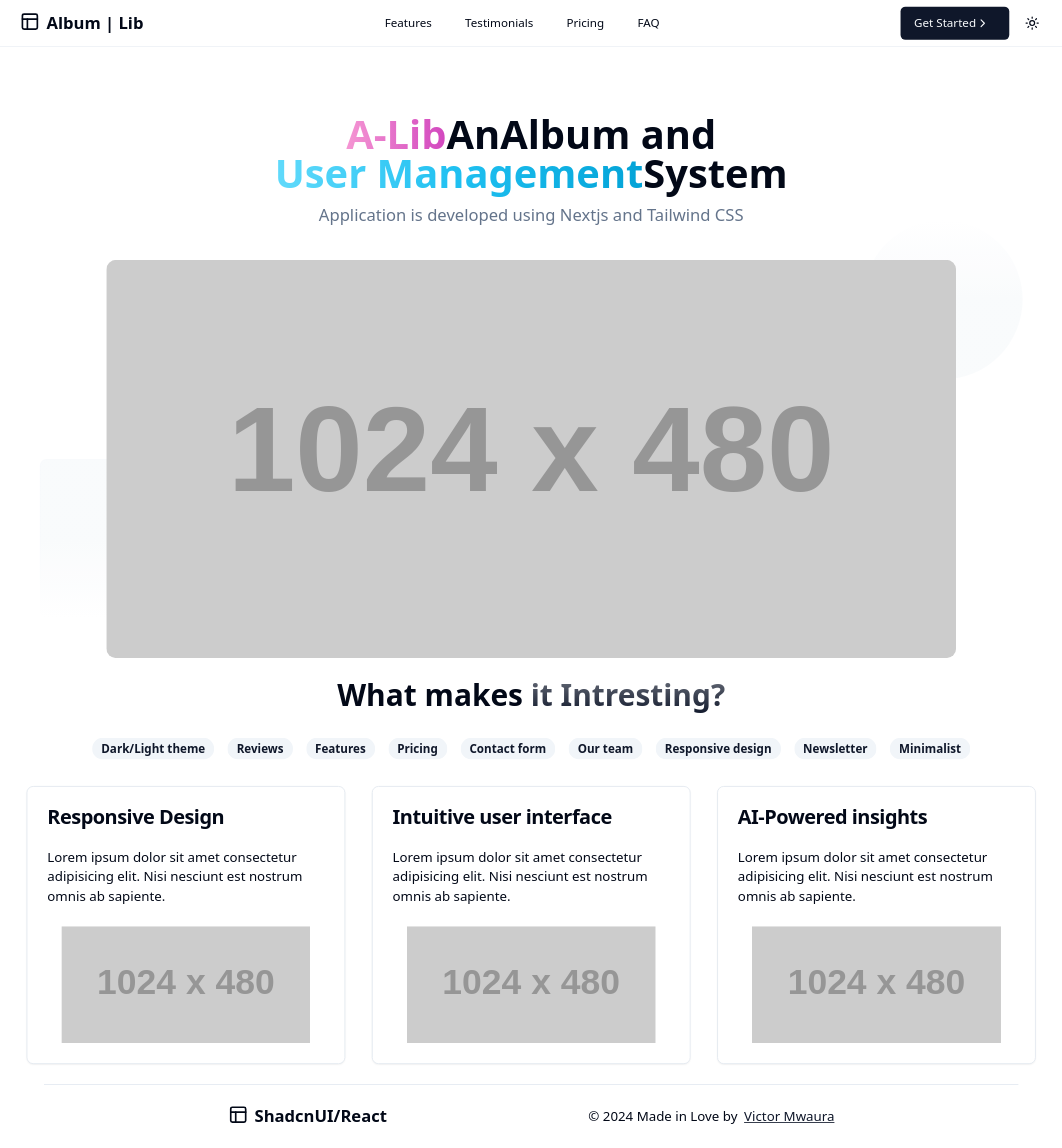
Repository: DevLaukey/savannah-informatics-test
Page: /
These files come from the project's save history. The page is drawn as it stood at one moment and after the next save; the edit follows.
The browser window is 1280 px wide. The pictures show the whole page, at 83% of full size.
The project was rebuilt for these pictures with package versions that can differ from the ones it lists, and the page was loaded fresh each time. The framework's server and built-in components were replaced by stand-ins that run in the browser. Also part of the build but not shown: next.config.mjs.

Above is the page before, as saved 2024-06-04 22:36:33.

### app/layout.jsx
import "./globals.css";
import { Inter as FontSans } from "next/font/google";

import { cn } from "@/lib/utils";
import { ThemeProvider } from "@/lib/theme-provider";

const fontSans = FontSans({
  subsets: ["latin"],
  variable: "--font-sans",
});

export default function RootLayout({ children }) {
  return (
    <html lang="en" suppressHydrationWarning>
      <head />
      <body
        className={cn(
          "min-h-screen bg-background font-sans antialiased",
          fontSans.variable
        )}
      >
        <ThemeProvider
          attribute="class"
          defaultTheme="system"
          enableSystem
          disableTransitionOnChange
        >
          {children}
        </ThemeProvider>
      </body>
    </html>
  );
}

### app/page.jsx
import Footer from "@/components/Footer";
import About from "@/components/landing-page/About";
import Hero from "@/components/landing-page/Hero";
import Navbar from "@/components/Navbar";
import ScrollToTop from "@/components/ScrollToTop";


// this is the landing page
export default function Home() {
  return (
    <>
      <Navbar />
      <Hero />
      <About />
      <Footer />
      <ScrollToTop />
    </>
  );
}

### components/Footer.jsx
import { LogoIcon } from "./Icons";

export const Footer = () => {
  return (
    <footer id="footer">
      <hr className="w-11/12 mx-auto" />

      <section className="container flex py-6 text-center items-center justify-evenly">
        <div className="col-span-full xl:col-span-2">
          <a
            rel="noreferrer noopener"
            href="/"
            className="font-bold text-xl flex"
          >
            <LogoIcon />
            ShadcnUI/React
          </a>
        </div>
        <h3>
          &copy; {new Date().getFullYear()} Made in Love by
          <a
            rel="noreferrer noopener"
            target="_blank"
            href="https://github.com/DevLaukey"
            className="text-primary ml-2 underline transition-all border-primary hover:border-b-2"
          >
            Victor Mwaura
          </a>
        </h3>
      </section>
    </footer>
  );
};

export default Footer;

### components/landing-page/About.jsx
import { Badge } from "@/components/ui/badge";
import {
  Card,
  CardContent,
  CardFooter,
  CardHeader,
  CardTitle,
} from "@/components/ui/card";

const features = [
  {
    title: "Responsive Design",
    description:
      "Lorem ipsum dolor sit amet consectetur adipisicing elit. Nisi nesciunt est nostrum omnis ab sapiente.",
    image: "https://placehold.co/1024x480",
  },
  {
    title: "Intuitive user interface",
    description:
      "Lorem ipsum dolor sit amet consectetur adipisicing elit. Nisi nesciunt est nostrum omnis ab sapiente.",
    image: "https://placehold.co/1024x480",
  },
  {
    title: "AI-Powered insights",
    description:
      "Lorem ipsum dolor sit amet consectetur adipisicing elit. Nisi nesciunt est nostrum omnis ab sapiente.",
    image: "https://placehold.co/1024x480",
  },
];

const featureList = [
  "Dark/Light theme",
  "Reviews",
  "Features",
  "Pricing",
  "Contact form",
  "Our team",
  "Responsive design",
  "Newsletter",
  "Minimalist",
];

export const About = () => {
  return (
    <section id="features" className="container py-4 sm:py-6 space-y-8">
      <h2 className="text-3xl lg:text-4xl font-bold md:text-center">

        What makes {""}
        <span className="bg-gradient-to-b from-primary/60 to-primary text-transparent bg-clip-text">
          it Intresting?
        </span>
      </h2>

      <div className="flex flex-wrap md:justify-center gap-4">
        {featureList.map((feature) => (
          <div key={feature}>
            <Badge variant="secondary" className="text-sm">
              {feature}
            </Badge>
          </div>
        ))}
      </div>

      <div className="grid md:grid-cols-2 lg:grid-cols-3 gap-8">
        {features.map(({ title, description, image }) => (
          <Card key={title}>
            <CardHeader>
              <CardTitle>{title}</CardTitle>
            </CardHeader>

            <CardContent>{description}</CardContent>

            <CardFooter>
              <img
                src={image}
                alt="About feature"
                className="w-[200px] lg:w-[300px] mx-auto"
              />
            </CardFooter>
          </Card>
        ))}
      </div>
    </section>
  );
};

export default About;

### components/landing-page/Hero.jsx
const Hero = () => {
  return (
    <>
      {/* Hero */}
      <div className="relative overflow-hidden pt-14 lg:pt-20">
        <div className="container">
          <div className="max-w-2xl text-center mx-auto">
            <main className="text-3xl md:text-5xl font-bold">
              <h1 className="inline-block">
                <span className="inline bg-gradient-to-r from-[#F596D3] to-[#D247BF] text-transparent bg-clip-text">
                  A-Lib
                </span>
                An
              </h1>
              Album and
              <h2 className="inline-block">
                <span className="inline bg-gradient-to-r from-[#61DAFB] via-[#1fc0f1] to-[#03a3d7] text-transparent bg-clip-text">
                  User Management
                </span>
                System
              </h2>
            </main>

            <p className="mt-3 text-xl text-muted-foreground">
              Application is developed using Nextjs and Tailwind CSS
            </p>
          </div>
          <div className="mt-10 relative max-w-5xl mx-auto">
            <img
              src="https://placehold.co/1024x480"
              className="rounded-xl"
              alt="Image Description"
            />
            <div className="absolute bottom-12 -start-20 -z-[1] w-48 h-48 bg-gradient-to-b from-primary-foreground via-primary-foreground to-background p-px rounded-lg">
              <div className="w-48 h-48 rounded-lg bg-background/10" />
            </div>
            <div className="absolute -top-12 -end-20 -z-[1] w-48 h-48 bg-gradient-to-t from-primary-foreground via-primary-foreground to-background p-px rounded-full">
              <div className="w-48 h-48 rounded-full bg-background/10" />
            </div>
          </div>
        </div>
      </div>
      {/* End Hero */}
    </>
  );
};

export default Hero;

### components/Navbar.jsx
"use client";
import React, { useState } from "react";
import {
  NavigationMenu,
  NavigationMenuItem,
  NavigationMenuList,
} from "@/components/ui/navigation-menu";
import {
  Sheet,
  SheetContent,
  SheetHeader,
  SheetTitle,
  SheetTrigger,
} from "@/components/ui/sheet";
import { Button, buttonVariants } from "./ui/button";
import { ChevronRight, Menu } from "lucide-react";
import ModeToggle from "./mode-toggle";
import { LogoIcon } from "./Icons";

const routeList = [
  {
    href: "#features",
    label: "Features",
  },
  {
    href: "#testimonials",
    label: "Testimonials",
  },
  {
    href: "#pricing",
    label: "Pricing",
  },
  {
    href: "#faq",
    label: "FAQ",
  },
];

const Navbar = () => {
  const [isOpen, setIsOpen] = useState(false);
  return (
    <header className="sticky border-b-[1px] top-0 z-40 w-full bg-white dark:border-b-slate-700 dark:bg-background">
      <NavigationMenu className="mx-auto">
        <NavigationMenuList className="container h-14 px-4 w-screen flex justify-between">
          <NavigationMenuItem className="font-bold flex">
            <a
              rel="noreferrer noopener"
              href="/"
              className="ml-2 font-bold text-xl flex"
            >
              <LogoIcon />
              Album | Lib
            </a>
          </NavigationMenuItem>

          {/* mobile */}
          <span className="flex md:hidden">
            <ModeToggle />

            <Sheet open={isOpen} onOpenChange={setIsOpen}>
              <SheetTrigger className="px-2">
                <Menu
                  className="flex md:hidden h-5 w-5"
                  onClick={() => setIsOpen(true)}
                >
                  <span className="sr-only">Menu Icon</span>
                </Menu>
              </SheetTrigger>

              <SheetContent side={"left"}>
                <SheetHeader>
                  <SheetTitle className="font-bold text-xl">
                    Shadcn/React
                  </SheetTitle>
                </SheetHeader>
                <nav className="flex flex-col justify-center items-center gap-2 mt-4">
                  {routeList.map(({ href, label }) => (
                    <a
                      rel="noreferrer noopener"
                      key={label}
                      href={href}
                      onClick={() => setIsOpen(false)}
                      className={buttonVariants({ variant: "ghost" })}
                    >
                      {label}
                    </a>
                  ))}
                  <Button>
                    Get Started
                    <ChevronRight className="mr-2 h-4 w-4" />
                  </Button>
                </nav>
              </SheetContent>
            </Sheet>
          </span>

          {/* desktop */}
          <nav className="hidden md:flex gap-2">
            {routeList.map((route, i) => (
              <a
                rel="noreferrer noopener"
                href={route.href}
                key={i}
                className={`text-[17px] ${buttonVariants({
                  variant: "ghost",
                })}`}
              >
                {route.label}
              </a>
            ))}
          </nav>

          <div className="hidden md:flex gap-2">
            <Button>
              Get Started
              <ChevronRight className="mr-2 h-4 w-4" />
            </Button>
            <ModeToggle />
          </div>
        </NavigationMenuList>
      </NavigationMenu>
    </header>
  );
};
export default Navbar;

### components/ScrollToTop.jsx
"use client";
import { useState, useEffect } from "react";
import { Button } from "./ui/button";
import { ArrowUpToLine } from "lucide-react";

const ScrollToTop = () => {
  const [showTopBtn, setShowTopBtn] = useState(false);

  useEffect(() => {
    const handleScroll = () => {
      if (window.scrollY > 400) {
        setShowTopBtn(true);
      } else {
        setShowTopBtn(false);
      }
    };

    window.addEventListener("scroll", handleScroll);

    return () => {
      window.removeEventListener("scroll", handleScroll);
    };
  }, []);

  const goToTop = () => {
    window.scroll({
      top: 0,
      left: 0,
      behavior: "smooth", // Smooth scrolling added for better user experience
    });
  };

  return (
    <>
      {showTopBtn && (
        <Button
          onClick={goToTop}
          className="fixed bottom-4 right-4 opacity-90 shadow-md"
          size="icon"
        >
          <ArrowUpToLine className="h-4 w-4" />
        </Button>
      )}
    </>
  );
};

export default ScrollToTop;

### components/Icons.jsx
export const LogoIcon = () => {
  return (
    <svg
      xmlns="http://www.w3.org/2000/svg"
      viewBox="0 0 24 24"
      fill="none"
      stroke="currentColor"
      strokeWidth="2"
      strokeLinecap="round"
      strokeLinejoin="round"
      className="lucide lucide-panels-top-left mr-2 w-6 h-6"
    >
      <rect width="18" height="18" x="3" y="3" rx="2" />
      <path d="M3 9h18" />
      <path d="M9 21V9" />
    </svg>
  );
};

### components/ui/badge.jsx
import * as React from "react"
import { cva } from "class-variance-authority";

import { cn } from "@/lib/utils"

const badgeVariants = cva(
  "inline-flex items-center rounded-full border px-2.5 py-0.5 text-xs font-semibold transition-colors focus:outline-none focus:ring-2 focus:ring-ring focus:ring-offset-2",
  {
    variants: {
      variant: {
        default:
          "border-transparent bg-primary text-primary-foreground hover:bg-primary/80",
        secondary:
          "border-transparent bg-secondary text-secondary-foreground hover:bg-secondary/80",
        destructive:
          "border-transparent bg-destructive text-destructive-foreground hover:bg-destructive/80",
        outline: "text-foreground",
      },
    },
    defaultVariants: {
      variant: "default",
    },
  }
)

function Badge({
  className,
  variant,
  ...props
}) {
  return (<div className={cn(badgeVariants({ variant }), className)} {...props} />);
}

export { Badge, badgeVariants }

### components/ui/card.jsx
import * as React from "react"

import { cn } from "@/lib/utils"

const Card = React.forwardRef(({ className, ...props }, ref) => (
  <div
    ref={ref}
    className={cn("rounded-lg border bg-card text-card-foreground shadow-sm", className)}
    {...props} />
))
Card.displayName = "Card"

const CardHeader = React.forwardRef(({ className, ...props }, ref) => (
  <div
    ref={ref}
    className={cn("flex flex-col space-y-1.5 p-6", className)}
    {...props} />
))
CardHeader.displayName = "CardHeader"

const CardTitle = React.forwardRef(({ className, ...props }, ref) => (
  <h3
    ref={ref}
    className={cn("text-2xl font-semibold leading-none tracking-tight", className)}
    {...props} />
))
CardTitle.displayName = "CardTitle"

const CardDescription = React.forwardRef(({ className, ...props }, ref) => (
  <p
    ref={ref}
    className={cn("text-sm text-muted-foreground", className)}
    {...props} />
))
CardDescription.displayName = "CardDescription"

const CardContent = React.forwardRef(({ className, ...props }, ref) => (
  <div ref={ref} className={cn("p-6 pt-0", className)} {...props} />
))
CardContent.displayName = "CardContent"

const CardFooter = React.forwardRef(({ className, ...props }, ref) => (
  <div
    ref={ref}
    className={cn("flex items-center p-6 pt-0", className)}
    {...props} />
))
CardFooter.displayName = "CardFooter"

export { Card, CardHeader, CardFooter, CardTitle, CardDescription, CardContent }

### components/ui/sheet.jsx
"use client";
import * as React from "react"
import * as SheetPrimitive from "@radix-ui/react-dialog"
import { cva } from "class-variance-authority";
import { X } from "lucide-react"

import { cn } from "@/lib/utils"

const Sheet = SheetPrimitive.Root

const SheetTrigger = SheetPrimitive.Trigger

const SheetClose = SheetPrimitive.Close

const SheetPortal = SheetPrimitive.Portal

const SheetOverlay = React.forwardRef(({ className, ...props }, ref) => (
  <SheetPrimitive.Overlay
    className={cn(
      "fixed inset-0 z-50 bg-black/80  data-[state=open]:animate-in data-[state=closed]:animate-out data-[state=closed]:fade-out-0 data-[state=open]:fade-in-0",
      className
    )}
    {...props}
    ref={ref} />
))
SheetOverlay.displayName = SheetPrimitive.Overlay.displayName

const sheetVariants = cva(
  "fixed z-50 gap-4 bg-background p-6 shadow-lg transition ease-in-out data-[state=open]:animate-in data-[state=closed]:animate-out data-[state=closed]:duration-300 data-[state=open]:duration-500",
  {
    variants: {
      side: {
        top: "inset-x-0 top-0 border-b data-[state=closed]:slide-out-to-top data-[state=open]:slide-in-from-top",
        bottom:
          "inset-x-0 bottom-0 border-t data-[state=closed]:slide-out-to-bottom data-[state=open]:slide-in-from-bottom",
        left: "inset-y-0 left-0 h-full w-3/4 border-r data-[state=closed]:slide-out-to-left data-[state=open]:slide-in-from-left sm:max-w-sm",
        right:
          "inset-y-0 right-0 h-full w-3/4  border-l data-[state=closed]:slide-out-to-right data-[state=open]:slide-in-from-right sm:max-w-sm",
      },
    },
    defaultVariants: {
      side: "right",
    },
  }
)

const SheetContent = React.forwardRef(({ side = "right", className, children, ...props }, ref) => (
  <SheetPortal>
    <SheetOverlay />
    <SheetPrimitive.Content ref={ref} className={cn(sheetVariants({ side }), className)} {...props}>
      {children}
      <SheetPrimitive.Close
        className="absolute right-4 top-4 rounded-sm opacity-70 ring-offset-background transition-opacity hover:opacity-100 focus:outline-none focus:ring-2 focus:ring-ring focus:ring-offset-2 disabled:pointer-events-none data-[state=open]:bg-secondary">
        <X className="h-4 w-4" />
        <span className="sr-only">Close</span>
      </SheetPrimitive.Close>
    </SheetPrimitive.Content>
  </SheetPortal>
))
SheetContent.displayName = SheetPrimitive.Content.displayName

const SheetHeader = ({
  className,
  ...props
}) => (
  <div
    className={cn("flex flex-col space-y-2 text-center sm:text-left", className)}
    {...props} />
)
SheetHeader.displayName = "SheetHeader"

const SheetFooter = ({
  className,
  ...props
}) => (
  <div
    className={cn("flex flex-col-reverse sm:flex-row sm:justify-end sm:space-x-2", className)}
    {...props} />
)
SheetFooter.displayName = "SheetFooter"

const SheetTitle = React.forwardRef(({ className, ...props }, ref) => (
  <SheetPrimitive.Title
    ref={ref}
    className={cn("text-lg font-semibold text-foreground", className)}
    {...props} />
))
SheetTitle.displayName = SheetPrimitive.Title.displayName

const SheetDescription = React.forwardRef(({ className, ...props }, ref) => (
  <SheetPrimitive.Description
    ref={ref}
    className={cn("text-sm text-muted-foreground", className)}
    {...props} />
))
SheetDescription.displayName = SheetPrimitive.Description.displayName

export {
  Sheet,
  SheetPortal,
  SheetOverlay,
  SheetTrigger,
  SheetClose,
  SheetContent,
  SheetHeader,
  SheetFooter,
  SheetTitle,
  SheetDescription,
}

### components/ui/button.jsx
import * as React from "react"
import { Slot } from "@radix-ui/react-slot"
import { cva } from "class-variance-authority";

import { cn } from "@/lib/utils"

const buttonVariants = cva(
  "inline-flex items-center justify-center whitespace-nowrap rounded-md text-sm font-medium ring-offset-background transition-colors focus-visible:outline-none focus-visible:ring-2 focus-visible:ring-ring focus-visible:ring-offset-2 disabled:pointer-events-none disabled:opacity-50",
  {
    variants: {
      variant: {
        default: "bg-primary text-primary-foreground hover:bg-primary/90",
        destructive:
          "bg-destructive text-destructive-foreground hover:bg-destructive/90",
        outline:
          "border border-input bg-background hover:bg-accent hover:text-accent-foreground",
        secondary:
          "bg-secondary text-secondary-foreground hover:bg-secondary/80",
        ghost: "hover:bg-accent hover:text-accent-foreground",
        link: "text-primary underline-offset-4 hover:underline",
      },
      size: {
        default: "h-10 px-4 py-2",
        sm: "h-9 rounded-md px-3",
        lg: "h-11 rounded-md px-8",
        icon: "h-10 w-10",
      },
    },
    defaultVariants: {
      variant: "default",
      size: "default",
    },
  }
)

const Button = React.forwardRef(({ className, variant, size, asChild = false, ...props }, ref) => {
  const Comp = asChild ? Slot : "button"
  return (
    (<Comp
      className={cn(buttonVariants({ variant, size, className }))}
      ref={ref}
      {...props} />)
  );
})
Button.displayName = "Button"

export { Button, buttonVariants }

### components/mode-toggle.jsx
import React from "react";
import { Button } from "@/components/ui/button";
import {
  DropdownMenu,
  DropdownMenuContent,
  DropdownMenuItem,
  DropdownMenuTrigger,
} from "@/components/ui/dropdown-menu";
import { useTheme } from "@/lib/theme-provider";
import { Moon, Sun } from "lucide-react";

export default function ModeToggle() {
  const { setTheme } = useTheme();

  return (
    <DropdownMenu>
      <DropdownMenuTrigger asChild>
        <Button variant="ghost" size="icon" className="ghost">
          <Sun className="h-[1.1rem] w-[1.2rem] rotate-0 scale-100 transition-all dark:-rotate-90 dark:scale-0" />
          <Moon className="absolute h-[1.1rem] w-[1.2rem] rotate-90 scale-0 transition-all dark:rotate-0 dark:scale-100" />
          <span className="sr-only">Toggle theme</span>
        </Button>
      </DropdownMenuTrigger>
      <DropdownMenuContent align="end">
        <DropdownMenuItem onClick={() => setTheme("light")}>
          Light
        </DropdownMenuItem>
        <DropdownMenuItem onClick={() => setTheme("dark")}>
          Dark
        </DropdownMenuItem>
        <DropdownMenuItem onClick={() => setTheme("system")}>
          System
        </DropdownMenuItem>
      </DropdownMenuContent>
    </DropdownMenu>
  );
}

Loaded but not shown: app/globals.css (common file); lib/utils.js (common file); tailwind.config.js (82 lines, source omitted); lib/theme-provider.js (60 lines, source omitted); components/ui/dropdown-menu.jsx (157 lines, source omitted); components/ui/navigation-menu.jsx (104 lines, source omitted)

After the next save:
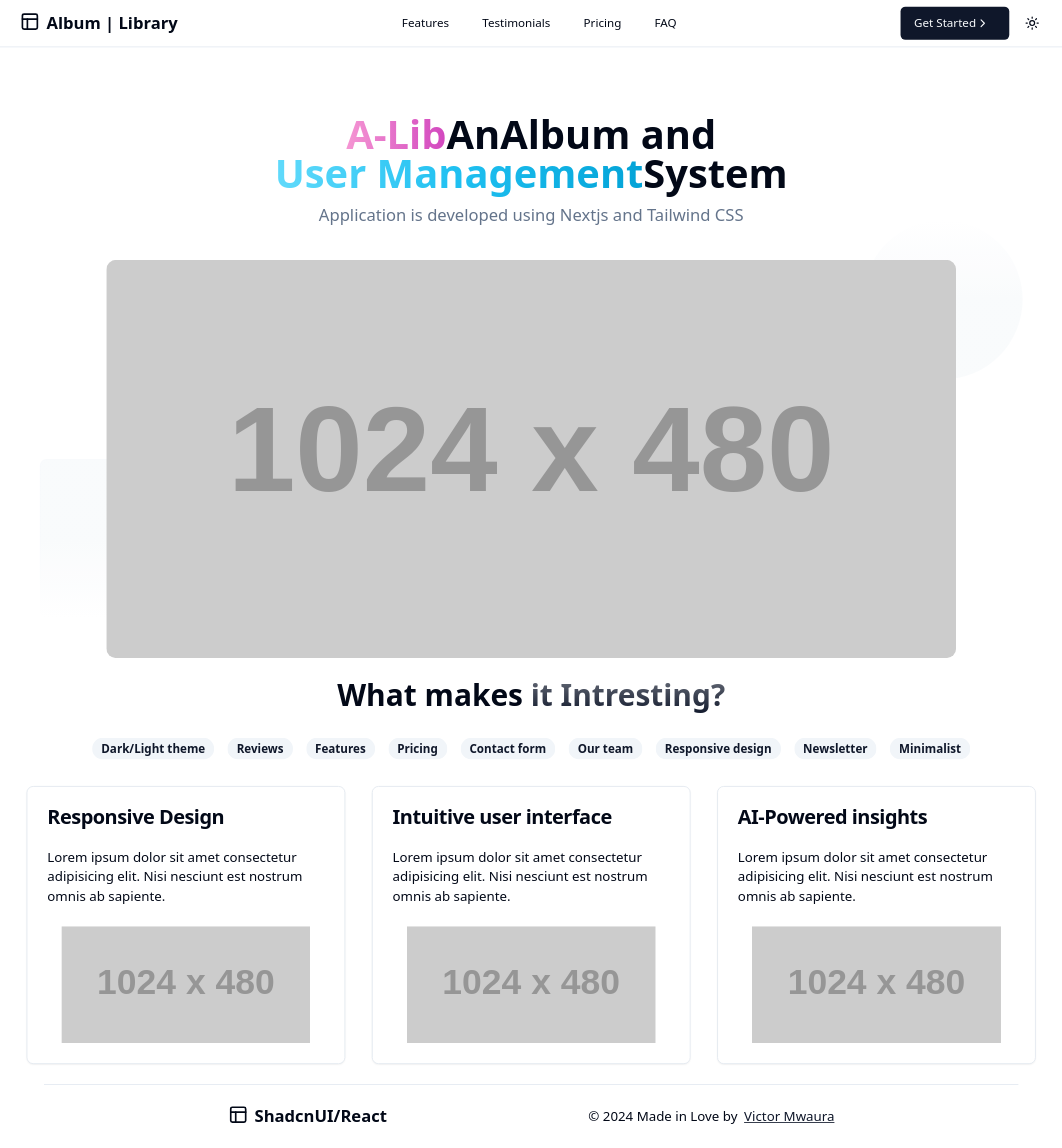
Saved 57 s later.
--- a/components/Navbar.jsx
+++ b/components/Navbar.jsx
@@ -49,7 +49,7 @@ const Navbar = () => {
               className="ml-2 font-bold text-xl flex"
             >
               <LogoIcon />
-              Album | Lib
+              Album | Library
             </a>
           </NavigationMenuItem>
 
